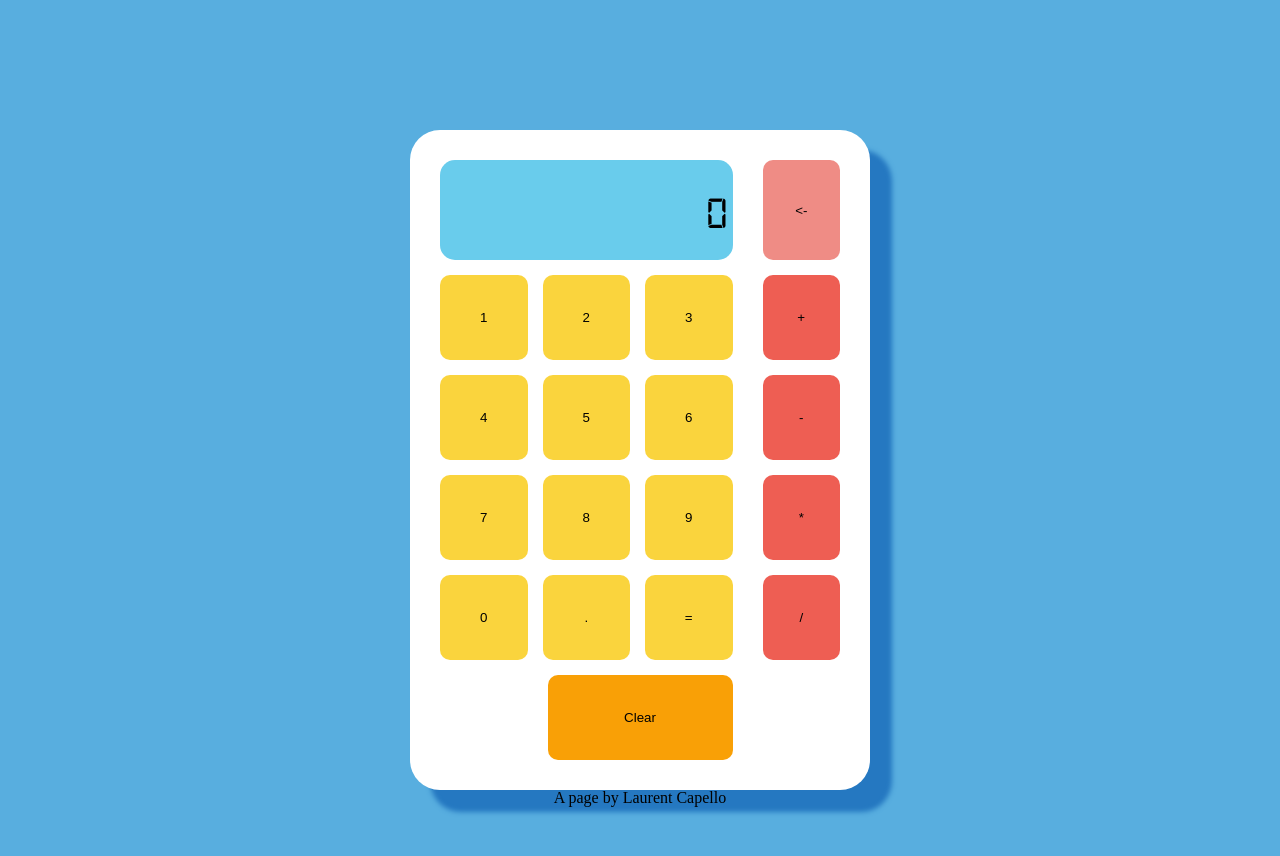
Repository: sokafootball/js-calculator
Page: index.html
An editor plug-in stored every save of this project. The page is shown before and after the next save, followed by the edit.
The browser window is 1280 px wide. The pictures show the whole page.

Above is the page before, as saved 2020-05-06 20:23:03.

After the next save:
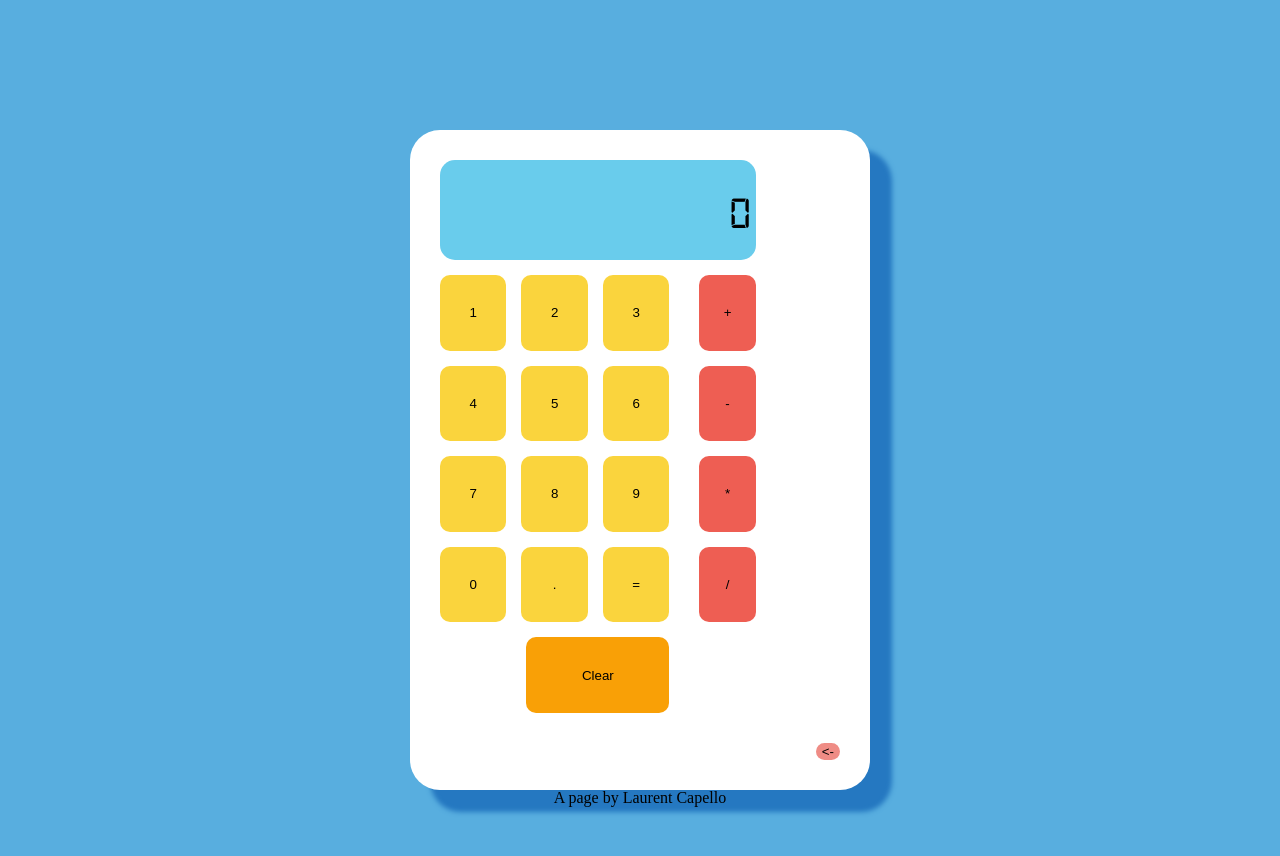
Saved 2 min 55 s later.
--- a/style.css
+++ b/style.css
@@ -36,7 +36,7 @@ body{
   display: grid;
   gap: var(--row-gap) 30px;
   grid-template-areas:
-    "display display display backspace"
+    "display display display display"
     "numpad numpad numpad operators"
     "numpad numpad numpad operators"
     "numpad numpad numpad operators"
